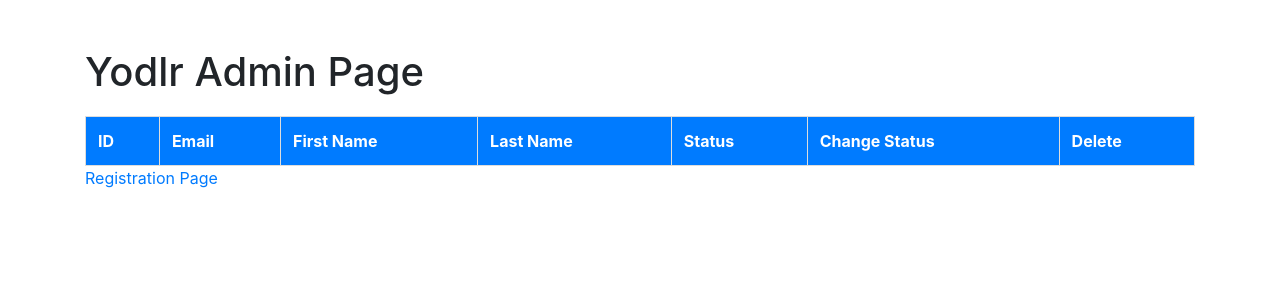
Repository: rmdayberry/yodlr-take-home
Page: public/admin.html
An editor plug-in stored every save of this project. The page is shown before and after the next save, followed by the edit.
The browser window is 1280 px wide. The pictures show the whole page.
The page's requests for data from a server got no answer.

Above is the page before, as saved 2024-10-08 20:47:05.
Console error: TypeError: Cannot read properties of undefined (reading 'message')

### public/admin.html
<!DOCTYPE html>
<html>
  <head>
    <meta charset="utf-8" />
    <title>Yodlr Admin Page</title>
    <link
      rel="stylesheet"
      href="https://stackpath.bootstrapcdn.com/bootstrap/4.5.2/css/bootstrap.min.css"
    />
    <link rel="stylesheet" href="css/admin.css" />
    <script src="https://code.jquery.com/jquery-3.6.0.min.js"></script>
    <script>
      $(document).ready(function () {
        function loadUsers() {
          $.ajax({
            type: "GET",
            url: "http://localhost:3000/users",
            success: function (users) {
              var tableBody = $("#userTable tbody");
              tableBody.empty(); // clear the table before adding new rows

              users.forEach(function (user) {
                var statusButtons =
                  user.status === "active"
                    ? `<button class="set-pending" data-id="${user.id}">Set as Pending</button>`
                    : `<button class="set-active" data-id="${user.id}">Set as Active</button>`;

                tableBody.append(
                  `<tr>
                      <td>${user.id}</td>
                      <td>${user.email}</td>
                      <td>${user.firstName}</td>
                      <td>${user.lastName}</td>
                      <td>${user.status}</td>
                      <td>${statusButtons}
                      </td>
                      <td><button class="delete" data-id="${user.id}">Delete</button></td>
                      </tr>`
                );
              });
            },
            error: function (err) {
              alert("Error fetching users: " + err.responseJSON.message);
            },
          });
        }

        loadUsers(); //loads users on page load

        // Handle set as pending button click
        $("#userTable").on("click", ".set-pending", function () {
          var userId = $(this).data("id");
          $.ajax({
            type: "PUT",
            url: `http://localhost:3000/users/${userId}`,
            data: JSON.stringify({ id: userId, status: "pending" }), // Change status to 'pending'
            contentType: "application/json",
            success: function () {
              alert("User status updated to pending");
              loadUsers(); // Reload users after status change
            },
            error: function (err) {
              alert("Error updating user status: " + err.responseJSON.message);
            },
          });
        });

        // Handle set as active button click
        $("#userTable").on("click", ".set-active", function () {
          var userId = $(this).data("id");
          $.ajax({
            type: "PUT",
            url: `http://localhost:3000/users/${userId}`,
            data: JSON.stringify({ id: userId, status: "active" }), // Change status to 'active'
            contentType: "application/json",
            success: function () {
              alert("User status updated to active");
              loadUsers(); // Reload users after status change
            },
            error: function (err) {
              alert("Error updating user status: " + err.responseJSON.message);
            },
          });
        });

        //Handle delete button click
        $("#userTable").on("click", ".delete", function () {
          var userId = $(this).data("id");
          $.ajax({
            type: "DELETE",
            url: `http://localhost:3000/users/${userId}`,
            success: function () {
              alert("User was deleted");
              loadUsers(); // reloads users after deletion was made
            },
            error: function (err) {
              alert("Error deleting user: " + err.responseJSON.message);
            },
          });
        });
      });
    </script>
  </head>
  <body>
    <div class="container mt-5">
      <h1>Yodlr Admin Page</h1>
      <table id="userTable">
        <thead>
          <tr>
            <th>ID</th>
            <th>Email</th>
            <th>First Name</th>
            <th>Last Name</th>
            <th>Status</th>
            <th>Change Status</th>
            <th>Delete</th>
          </tr>
        </thead>
        <tbody></tbody>
      </table>
      <p>
        <a href="signup.html">Registration Page</a>
      </p>
    </div>
  </body>
</html>

### public/css/admin.css
table {
  width: 100%;
  border-collapse: collapse;
  margin-top: 20px;
}
table,
th,
td {
  border: 1px solid #ddd;
}
th,
td {
  padding: 12px;
  text-align: left;
}
th {
  background-color: #007bff;
  color: white;
}

tr:nth-child(even) {
  background-color: #f2f2f2;
}
tr:nth-child(odd) {
  background-color: white;
}
tr:hover {
  background-color: #f1f1f1;
}

@media (max-width: 768px) {
  table {
    display: block;
    overflow-x: auto;
    white-space: nowrap;
  }
}

.btn-custom {
  margin-right: 5px;
  padding: 8px 12px;
}

.btn-custom {
  transition: background-color 0.3s ease;
}
.btn-custom:hover {
  opacity: 0.8;
}

After the next save:
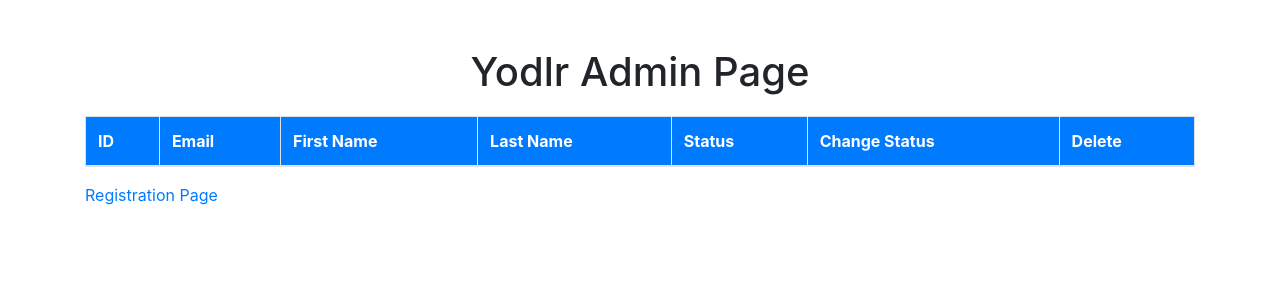
Saved 71 s later.
--- a/public/admin.html
+++ b/public/admin.html
@@ -103,8 +103,8 @@
   </head>
   <body>
     <div class="container mt-5">
-      <h1>Yodlr Admin Page</h1>
-      <table id="userTable">
+      <h1 class="text-center">Yodlr Admin Page</h1>
+      <table class="table table-striped table-bordered" id="userTable">
         <thead>
           <tr>
             <th>ID</th>
